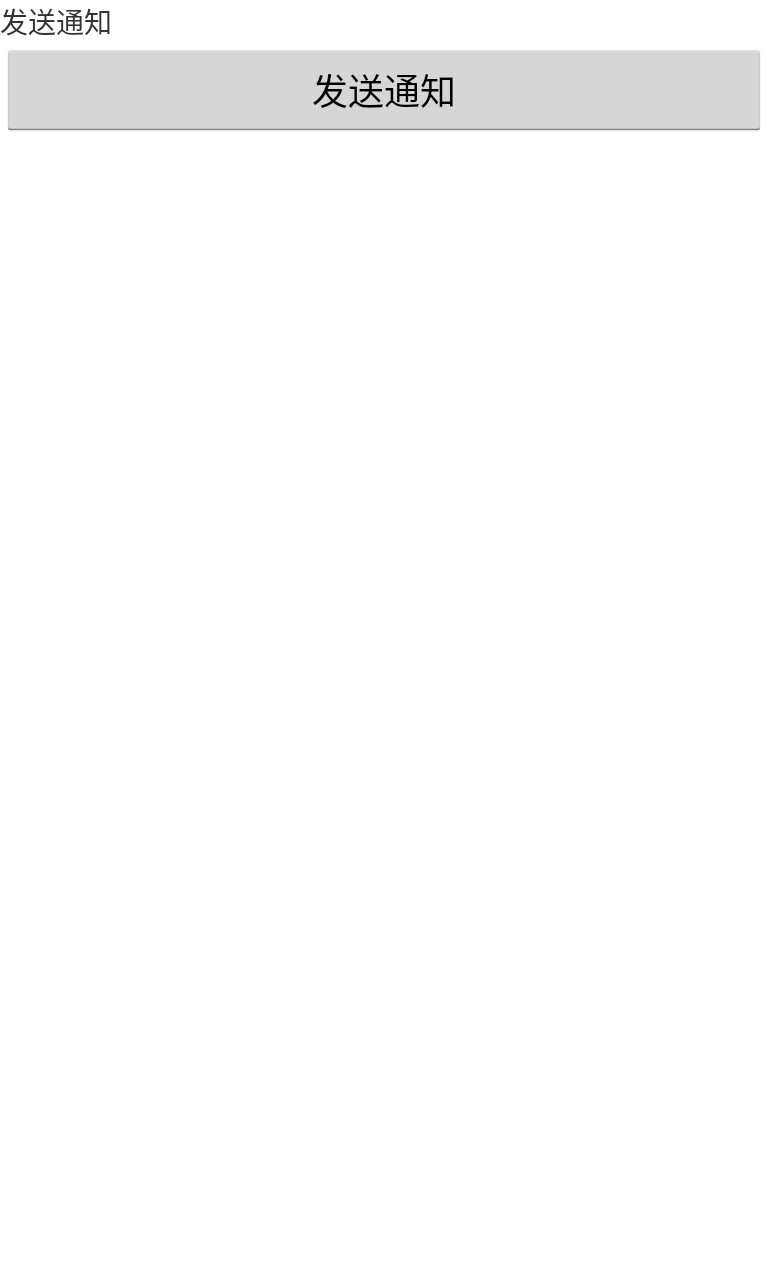
Repository: moetmd/learning-Android
Layout: ServiceDemo2/res/layout/activity_main.xml
An editor plug-in stored every save of this project. The layout is shown before and after the next save, followed by the edit.
It is drawn on a 768 x 1280 px phone screen (xhdpi) without system bars, with theme AppTheme; the app's code is not run.

Above is the layout before, as saved 2014-11-19 08:11:33.

After the next save:
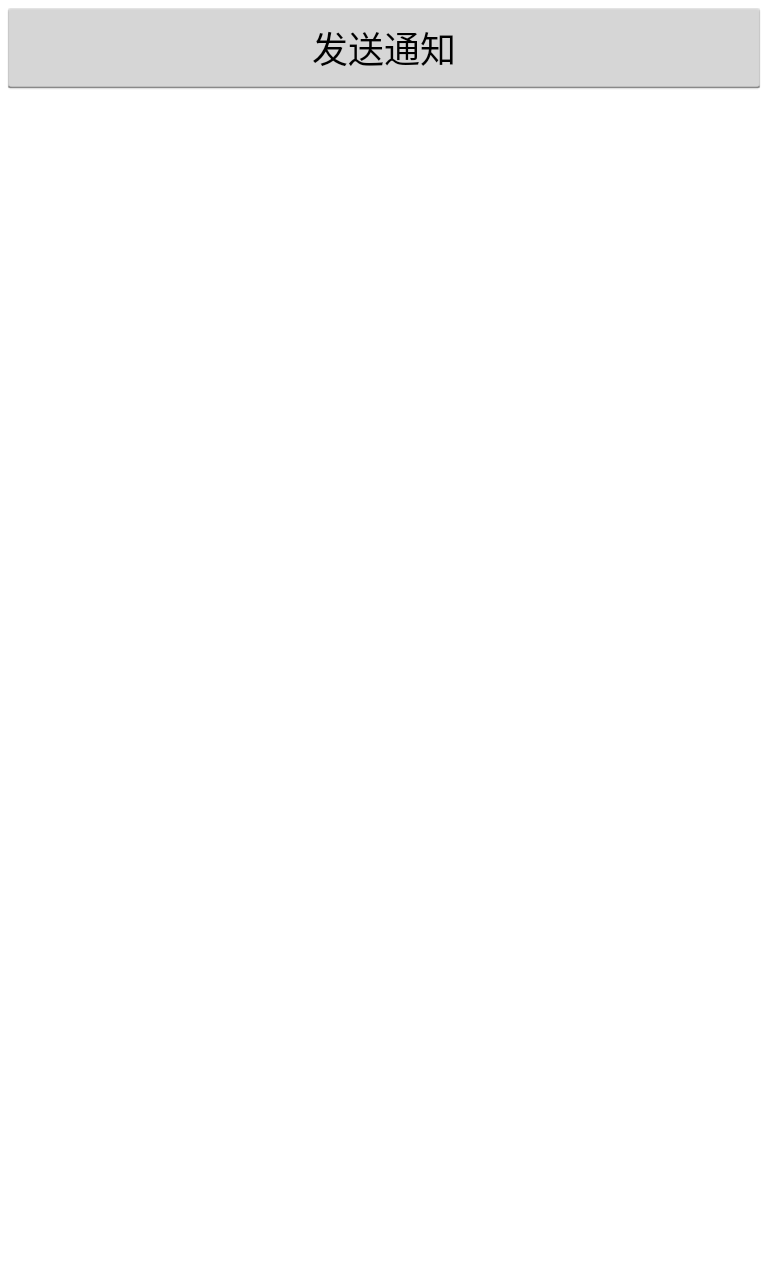
Saved 6 s later.
--- a/ServiceDemo2/res/layout/activity_main.xml
+++ b/ServiceDemo2/res/layout/activity_main.xml
@@ -11,12 +11,6 @@
         android:layout_height="match_parent"
         android:orientation="vertical" >
 
-        <TextView
-            android:id="@+id/textView1"
-            android:layout_width="match_parent"
-            android:layout_height="wrap_content"
-            android:text="发送通知" />
-
         <Button
             android:id="@+id/bt1"
             android:layout_width="match_parent"
